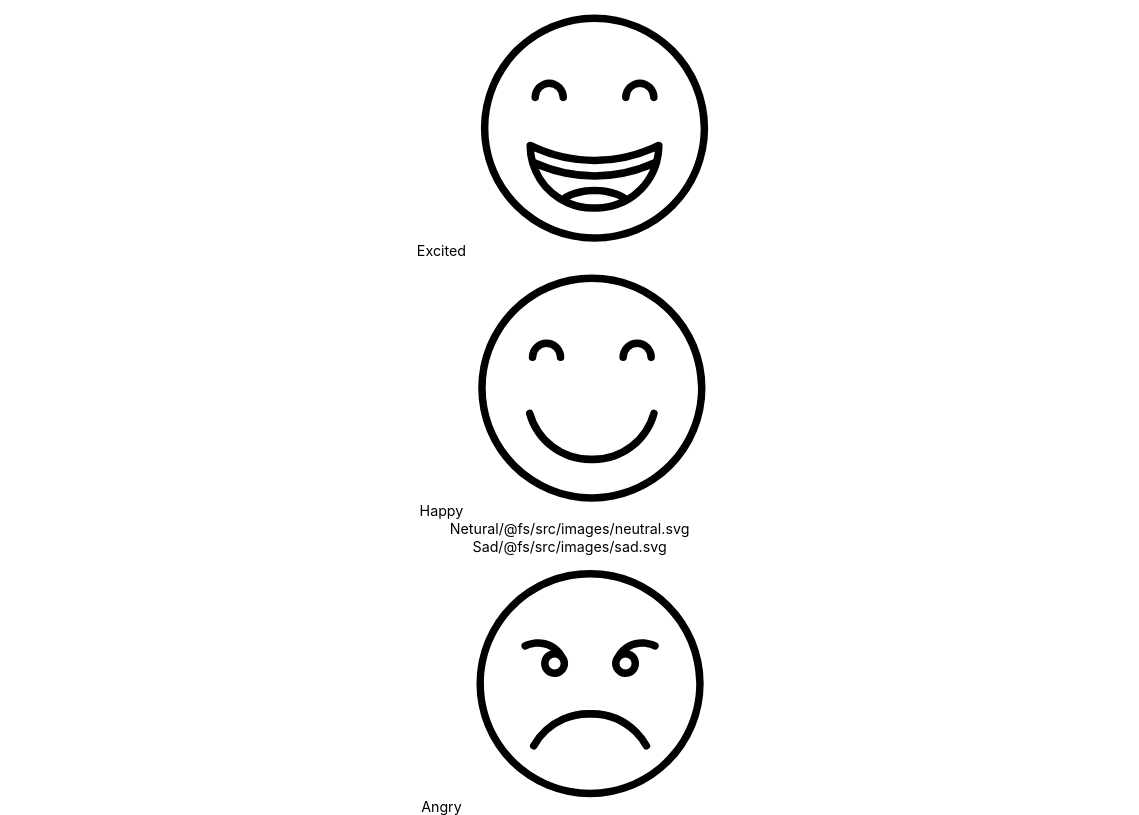
Repository: majakesin/moodify-app
Page: /
An editor plug-in stored every save of this project. The page is shown before and after the next save, followed by the edit.
The browser window is 1280 px wide. The pictures show the whole page, at 89% of full size.
The project was rebuilt for these pictures with package versions that can differ from the ones it lists, and the page was loaded fresh each time.

Above is the page before, as saved 2023-08-21 11:24:40.

### public/index.html
<!DOCTYPE html>
<html lang="en">
  <head>
    <meta charset="utf-8" />
    <link rel="icon" href="%PUBLIC_URL%/logo.svg" />
    <meta name="viewport" content="width=device-width, initial-scale=1" />
    <meta name="theme-color" content="#000000" />
    <meta
      name="description"
      content="Moodify -- App that gives yours ears the best music based on your mood"
    />
    <link rel="apple-touch-icon" href="%PUBLIC_URL%/logo.svg" />
    <!--
      manifest.json provides metadata used when your web app is installed on a
      user's mobile device or desktop. See https://developers.google.com/web/fundamentals/web-app-manifest/
    -->
    <link rel="manifest" href="%PUBLIC_URL%/manifest.json" />
    <!--
      Notice the use of %PUBLIC_URL% in the tags above.
      It will be replaced with the URL of the `public` folder during the build.
      Only files inside the `public` folder can be referenced from the HTML.

      Unlike "/favicon.ico" or "favicon.ico", "%PUBLIC_URL%/favicon.ico" will
      work correctly both with client-side routing and a non-root public URL.
      Learn how to configure a non-root public URL by running `npm run build`.
    -->
    <title>Moodify</title>
  </head>
  <body>
    <noscript>You need to enable JavaScript to run this app.</noscript>
    <div id="root"></div>
    <!--
      This HTML file is a template.
      If you open it directly in the browser, you will see an empty page.

      You can add webfonts, meta tags, or analytics to this file.
      The build step will place the bundled scripts into the <body> tag.

      To begin the development, run `npm start` or `yarn start`.
      To create a production bundle, use `npm run build` or `yarn build`.
    -->
  </body>
</html>

### src/App.js
import './App.css';
import {moods}  from 'src/data/moods'
import Mood from './components/Mood';

function App() {
  return (
    <div className="App">
      {moods.map(({type,icon}) => {
        return (<Mood type={type} icon={icon} />)
      })}
    </div>
  );
}

export default App;

### src/data/moods.js
import Happy from 'src/images/happy.svg';
import Neutral from 'src/images/neutral.svg';
import Sad from 'src/images/sad.svg';


export const moods = [
    {
        type: 'Excited',
        icon: <svg id="SvgjsSvg1081" width="288" height="288" xmlns="http://www.w3.org/2000/svg" version="1.1" xmlnsXlink="http://www.w3.org/1999/xlink" xmlnsSvgjs="http://svgjs.com/svgjs">
                <defs id="SvgjsDefs1082"></defs>
                <g id="SvgjsG1083">
                <svg xmlns="http://www.w3.org/2000/svg" data-name="Layer 1" viewBox="0 0 512 512" width="288" height="288">
                    <path fill="currentcolor" d="M416.51318,95.48682A226.99992,226.99992,0,1,0,95.48682,416.51318,226.99992,226.99992,0,1,0,416.51318,95.48682ZM256,468C139.103,468,44,372.897,44,256S139.103,44,256,44s212,95.103,212,212S372.897,468,256,468ZM137.5,202a7.50006,7.50006,0,0,0,7.5-7.5,20.5,20.5,0,0,1,41,0,7.5,7.5,0,0,0,15,0,35.5,35.5,0,0,0-71,0A7.50006,7.50006,0,0,0,137.5,202Zm181,0a7.50006,7.50006,0,0,0,7.5-7.5,20.5,20.5,0,0,1,41,0,7.5,7.5,0,0,0,15,0,35.5,35.5,0,0,0-71,0A7.50006,7.50006,0,0,0,318.5,202Zm69.95947,82.13037a7.49875,7.49875,0,0,0-7.27832-.356A284.51645,284.51645,0,0,1,257.5,313h-1.48a284.55042,284.55042,0,0,1-125.2002-29.2251A7.4999,7.4999,0,0,0,120,290.5a132.31839,132.31839,0,0,0,79.15625,121.32324A131.47888,131.47888,0,0,0,252.5,423h7a132.5854,132.5854,0,0,0,127.794-97.37988A133.06894,133.06894,0,0,0,392,290.5,7.5003,7.5003,0,0,0,388.45947,284.13037ZM259.5,408h-7a116.58888,116.58888,0,0,1-46.02222-9.36157C219.72205,391.8783,237.33752,388,256.002,388c18.66236,0,36.27466,3.87708,49.51734,10.63538A116.56076,116.56076,0,0,1,259.5,408Zm83.08691-34.41309a117.56809,117.56809,0,0,1-21.38024,16.93219C305.07166,379.48517,281.17847,373,256.002,373c-25.18383,0-49.0852,6.48932-65.22168,17.52966a116.81051,116.81051,0,0,1-46.07495-53.13611,299.90773,299.90773,0,0,0,111.31323,21.61036c.5044,0,1.01612-.00147,1.52051-.00391A300.023,300.023,0,0,0,367.2478,337.40454,117.86031,117.86031,0,0,1,342.58691,373.58691ZM373.6593,318.347A284.8703,284.8703,0,0,1,257.46094,344c-.49219.00293-.97412.00391-1.46387.00391a284.90227,284.90227,0,0,1-117.65942-25.65967,117.74477,117.74477,0,0,1-2.72388-15.77832A299.64178,299.64178,0,0,0,256.02,328h1.519a299.80874,299.80874,0,0,0,118.84668-25.43555A117.6884,117.6884,0,0,1,373.6593,318.347Z" class="color2c2b2d svgShape"></path>
                </svg>
                </g>
             </svg>
    },
    {
        type: 'Happy',
        icon: <svg id="SvgjsSvg1102" width="288" height="288" xmlns="http://www.w3.org/2000/svg" version="1.1" xmlnsXlink="http://www.w3.org/1999/xlink" xmlnsSvgjs="http://svgjs.com/svgjs">
                <defs id="SvgjsDefs1103"></defs>
                <g id="SvgjsG1104">
                <svg xmlns="http://www.w3.org/2000/svg" data-name="Layer 1" viewBox="0 0 512 512" width="288" height="288">
                    <path fill="currentcolor" d="M382.042,299.40674a7.496,7.496,0,0,0-9.21582,5.251A117.42927,117.42927,0,0,1,259.5,391h-7a117.41578,117.41578,0,0,1-113.32715-86.33447,7.49971,7.49971,0,1,0-14.46484,3.96875A132.417,132.417,0,0,0,252.5,406h7a132.58733,132.58733,0,0,0,127.793-97.37744A7.4999,7.4999,0,0,0,382.042,299.40674ZM416.51367,95.48682A227.00026,227.00026,0,0,0,95.48633,416.51318,227.00026,227.00026,0,0,0,416.51367,95.48682ZM256,468C139.10254,468,44,372.897,44,256S139.10254,44,256,44s212,95.103,212,212S372.89746,468,256,468ZM137.5,202a7.49974,7.49974,0,0,0,7.5-7.5,20.5,20.5,0,0,1,41,0,7.5,7.5,0,0,0,15,0,35.5,35.5,0,0,0-71,0A7.49974,7.49974,0,0,0,137.5,202Zm181,0a7.49974,7.49974,0,0,0,7.5-7.5,20.5,20.5,0,0,1,41,0,7.5,7.5,0,0,0,15,0,35.5,35.5,0,0,0-71,0A7.49974,7.49974,0,0,0,318.5,202Z" class="color2c2b2d svgShape"></path>
                </svg>
                </g>
            </svg> ,
    },
    {
        type: 'Netural',
        icon: Neutral,
    },
    {
        type: 'Sad',
        icon: Sad,
    },
    {
        type: 'Angry',
        icon: <svg id="SvgjsSvg1217" width="288" height="288" xmlns="http://www.w3.org/2000/svg" version="1.1" xmlnsXlink="http://www.w3.org/1999/xlink" xmlnSvgjs="http://svgjs.com/svgjs">
                <defs id="SvgjsDefs1218"></defs>
                     <g id="SvgjsG1219">
                        <svg xmlns="http://www.w3.org/2000/svg" data-name="Layer 1" viewBox="0 0 512 512" width="288" height="288">
                            <path fill="currentcolor" d="M353.19336,347.94629A132.1737,132.1737,0,0,0,259.5,309.13965h-7a131.5101,131.5101,0,0,0-53.3418,11.17578,133.55212,133.55212,0,0,0-62.24707,56.51172,7.49995,7.49995,0,0,0,13.07813,7.3457A118.46814,118.46814,0,0,1,205.20313,334.043,116.60013,116.60013,0,0,1,252.5,324.13965h7a117.16506,117.16506,0,0,1,83.08691,34.41406,117.92838,117.92838,0,0,1,19.42481,25.62012,7.49957,7.49957,0,1,0,13.07617-7.34766A132.91978,132.91978,0,0,0,353.19336,347.94629ZM416.51367,95.48682A227.00044,227.00044,0,0,0,95.48633,416.51367,227.00044,227.00044,0,0,0,416.51367,95.48682ZM256,468C139.10254,468,44,372.89746,44,256,44,139.103,139.10254,44,256,44s212,95.103,212,212C468,372.89746,372.89746,468,256,468ZM175.12207,188.29736c.96533.53955,1.88086,1.10938,2.769,1.69336a27.02454,27.02454,0,1,0,28.58863,9.52246,62.7776,62.7776,0,0,0-24.04029-24.31005c-27.82519-15.55176-56.1748-2.73292-59.31445-1.21973a7.49994,7.49994,0,1,0,6.50977,13.51367C132.05762,186.33057,153.91113,176.44189,175.12207,188.29736ZM185.12012,204a12,12,0,1,1-12,12A12.01344,12.01344,0,0,1,185.12012,204ZM388.875,173.9834c-3.1416-1.51367-31.49121-14.33447-59.31348,1.21924a62.778,62.778,0,0,0-24.04126,24.31054,26.989,26.989,0,1,0,28.58887-9.52234c.88843-.58435,1.804-1.15429,2.76978-1.694,21.21191-11.85743,43.06347-1.96631,45.48632-.79981A7.49994,7.49994,0,1,0,388.875,173.9834ZM338.87988,216a12,12,0,1,1-12-12A12.01343,12.01343,0,0,1,338.87988,216Z" class="color2c2b2d svgShape"></path>
                        </svg>
                    </g>
            </svg>
    }
]

### src/components/Mood/index.jsx

const Mood = (props) => {

    const {type, icon} = props;

    return (
        <div color={'red'}>
            {type}
            {icon}
        </div>
    )
};

export default Mood;

Loaded but not shown: src/index.js (common file); src/index.css (common file); src/reportWebVitals.js (common file); src/App.css (common file)

After the next save:
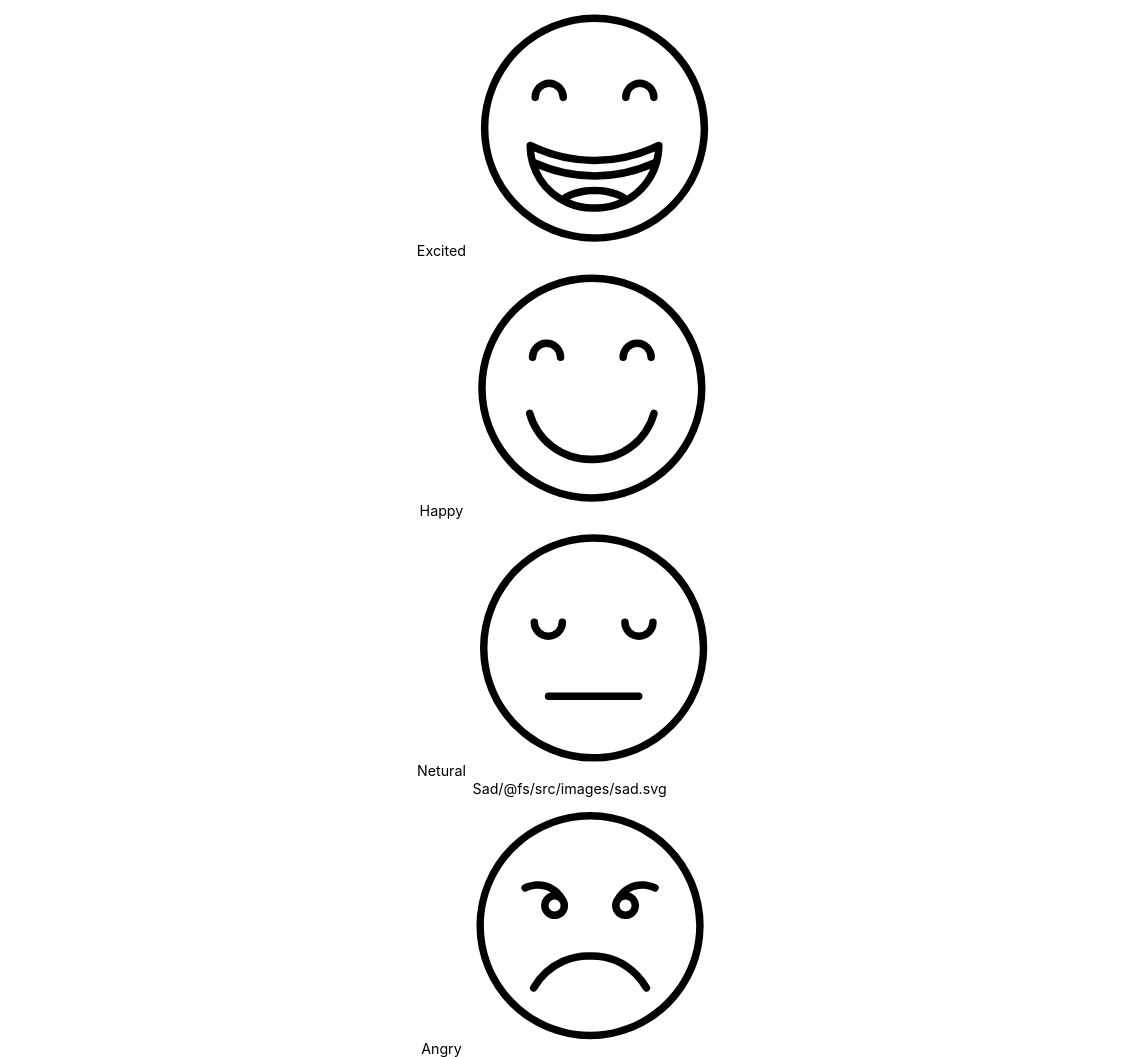
Saved 38 s later.
--- a/src/data/moods.js
+++ b/src/data/moods.js
@@ -1,4 +1,4 @@
-import Happy from 'src/images/happy.svg';
+
 import Neutral from 'src/images/neutral.svg';
 import Sad from 'src/images/sad.svg';
 
@@ -28,7 +28,14 @@ export const moods = [
     },
     {
         type: 'Netural',
-        icon: Neutral,
+        icon: <svg id="SvgjsSvg1123" width="288" height="288" xmlns="http://www.w3.org/2000/svg" version="1.1" xmlnsXlink="http://www.w3.org/1999/xlink" xmlnsSvgjs="http://svgjs.com/svgjs">
+                <defs id="SvgjsDefs1124"></defs>
+                <g id="SvgjsG1125">
+                <svg xmlns="http://www.w3.org/2000/svg" data-name="Layer 1" viewBox="0 0 512 512" width="288" height="288">
+                    <path fill="currentcolor" d="M201,204.5a7.5,7.5,0,0,0-15,0,20.5,20.5,0,0,1-41,0,7.5,7.5,0,0,0-15,0,35.5,35.5,0,0,0,71,0ZM374.5,197a7.50006,7.50006,0,0,0-7.5,7.5,20.5,20.5,0,0,1-41,0,7.5,7.5,0,0,0-15,0,35.5,35.5,0,0,0,71,0A7.50006,7.50006,0,0,0,374.5,197ZM416.51318,95.48682A226.99992,226.99992,0,1,0,95.48682,416.51318,226.99992,226.99992,0,1,0,416.51318,95.48682ZM256,468C139.103,468,44,372.897,44,256S139.103,44,256,44s212,95.103,212,212S372.897,468,256,468Zm90-123H166a7.5,7.5,0,0,0,0,15H346a7.5,7.5,0,0,0,0-15Z" class="color2c2b2d svgShape"></path>
+                </svg>
+                </g>
+            </svg>,
     },
     {
         type: 'Sad',
